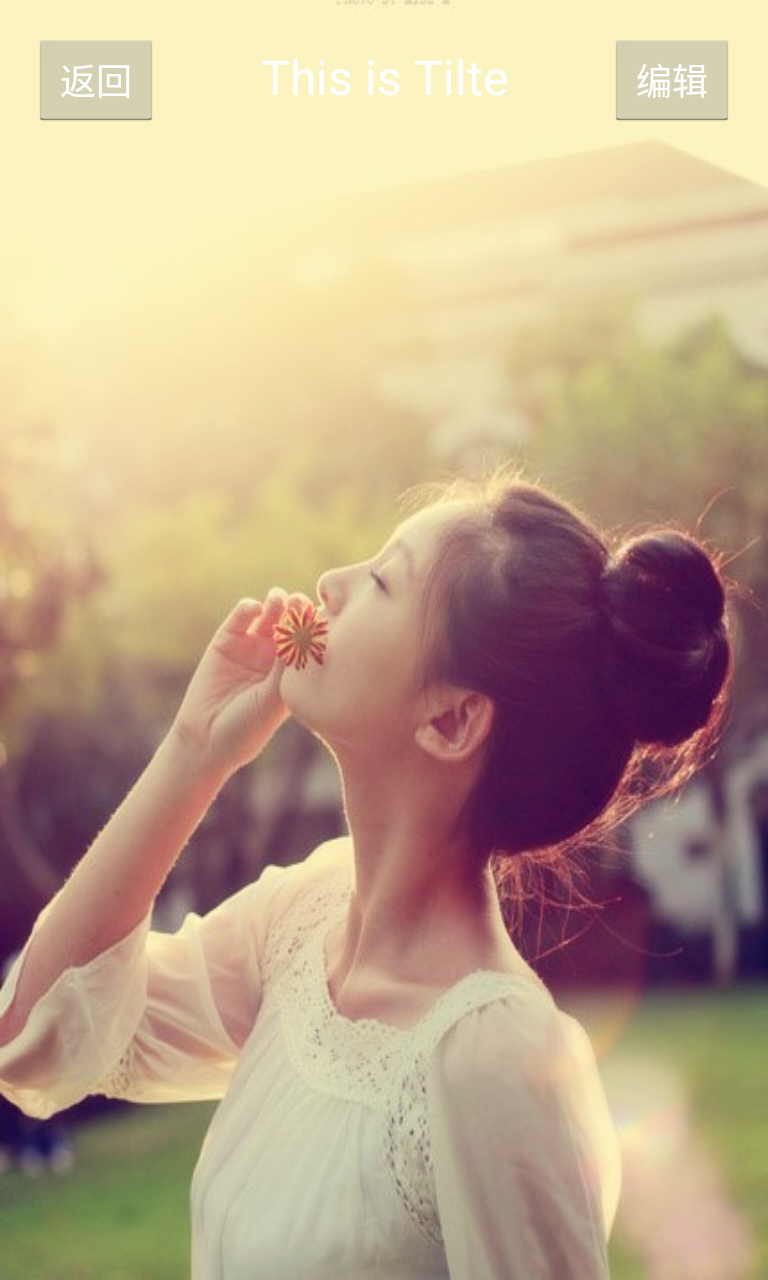
Repository: jinpp/Android
Layout: UICustomViews/res/layout/title.xml
These files come from the project's save history. The layout is drawn as it stood at one moment and after a run of saves; the edit follows.
It is drawn on a 768 x 1280 px phone screen (xhdpi) without system bars, with theme AppTheme; the app's code is not run.

Above is the layout before, as saved 2016-11-17 05:29:43.

After the next 2 saves:
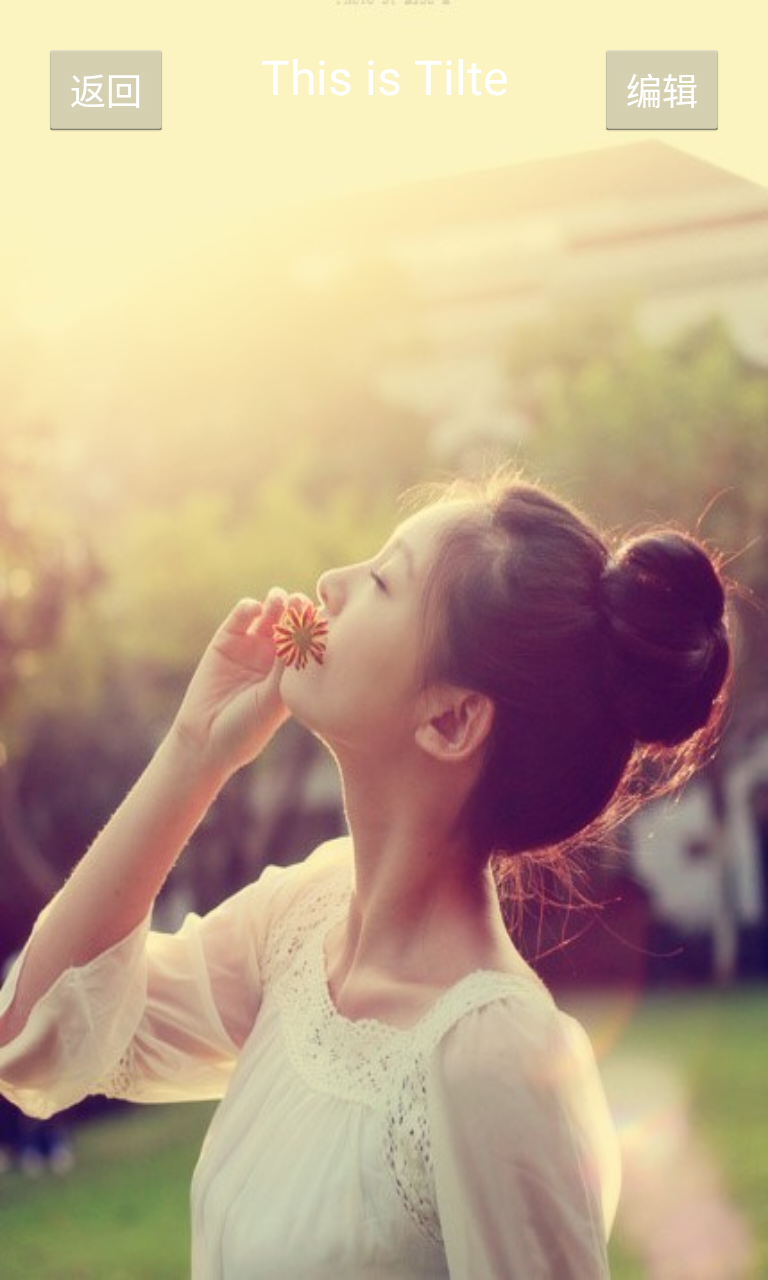
The 2 saves are shown as one change because they came seconds apart.
The last was saved 33 s later.
--- a/UICustomViews/res/layout/title.xml
+++ b/UICustomViews/res/layout/title.xml
@@ -13,13 +13,13 @@
         android:id="@+id/rbutton"
         android:layout_width="wrap_content"
         android:layout_height="wrap_content"
-
+        android:layout_margin="5dip"
         android:textColor="#fff"
         android:text="返回" />
 
     <TextView
         android:id="@+id/textview"
-
+        android:layout_width="5dip"
         android:layout_height="wrap_content"
         android:layout_weight="1"
         android:textColor="#fff"
@@ -32,7 +32,7 @@
         android:layout_width="wrap_content"
         android:layout_height="wrap_content"
 
-
+        android:layout_margin="5dip"
         android:textColor="#fff"
         android:text="编辑" />
 
